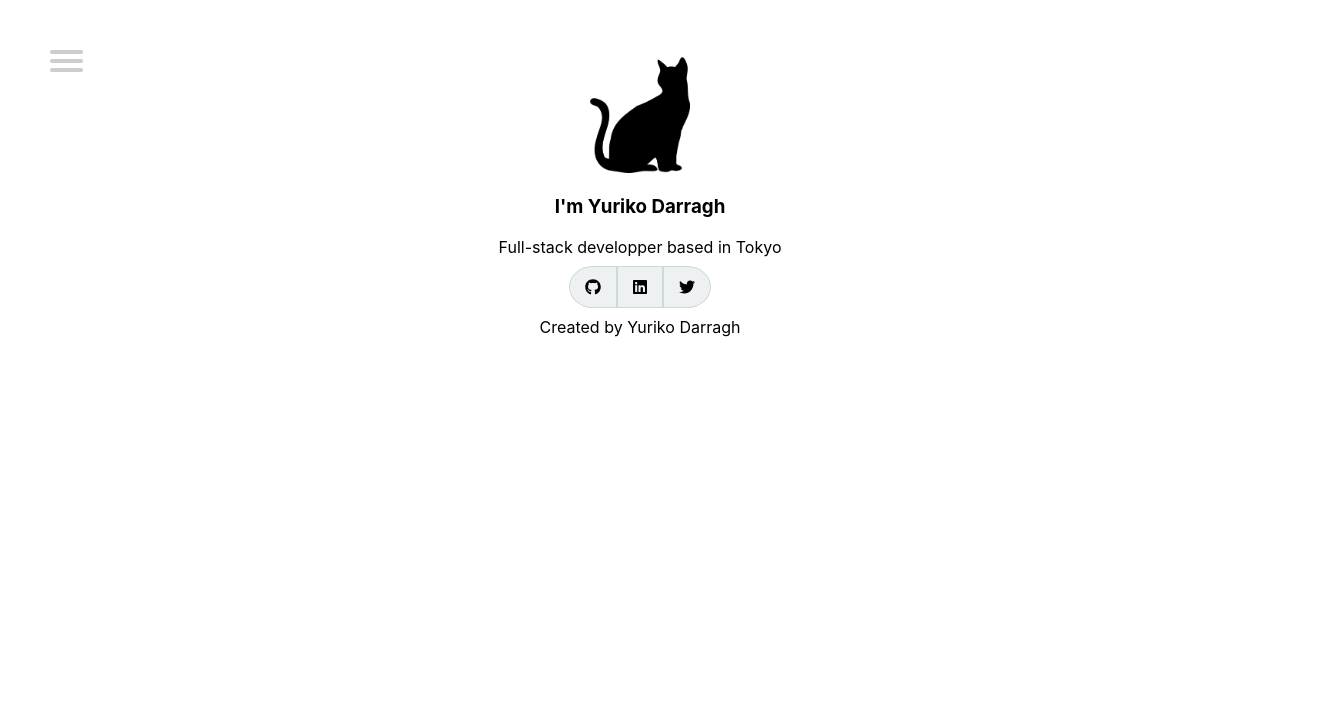
Repository: yuriko-pixel/react-portfolio
Page: /
The author's editor kept a copy of each file at every save. The page is drawn from the files as they stood at one save, then again after the next save.
The browser window is 1280 px wide. The page is 1330 px wide, so the pictures cover 1330 px, including what lies to the right of the window. The pictures show the whole page.
The project was rebuilt for these pictures with package versions that can differ from the ones it lists, and the page was loaded fresh each time. Also part of the build but not shown: src/components/worktemp.js, src/components/about.js, src/styles/works.module.scss, src/components/works.js.

Above is the page before, as saved 2021-05-19 12:22:15.

### src/App.js
import logo from './logo.svg';
import './App.css';
import { BrowserRouter, Route, Link } from 'react-router-dom';
import WorkTemp from './components/worktemp'
import about from './components/about'
import home from './components/home'
import Nav from './components/nav'
import Footer from './components/footer'
import works from './components/works'

function App() {
  return (
    <div className="App">
      <BrowserRouter>
        <Nav />
        <Route exact path='/' component={home}></Route>
        <Route path='/about' component={about}></Route>
        <Route path='/works' component={works}></Route>
        <Route path='/work/:name'><WorkTemp /></Route>
        <Footer/>
      </BrowserRouter>
    </div>
  );
}

export default App;

### src/components/home.js


import Top from './top'
import Works from './works'

const Home = () => {
    return (
        <>
        <Top/>
        </>
    )
}

export default Home

### src/components/nav.js
import navs from '../styles/nav.module.scss'
import { Link } from 'react-router-dom';

const Nav = () => {
    return (
        <nav role="navigation">
        <div className={navs.menuToggle}>
          <input type="checkbox" />
          <span></span>
          <span></span>
          <span></span>
          <ul className={navs.menu}>
            <Link to="/"><li>Home</li></Link>
            <Link to="/about"><li>About</li></Link>
            <Link to="/works"><li>Works</li></Link>
            <Link to="/contact"><li>Contact</li></Link>
          </ul>
        </div>
      </nav>
    )
}

export default Nav

### src/components/footer.js
import foots from '../styles/footer.module.scss'

const Footer = ()=> {
    return (
        <footer>
            <span>Created by Yuriko Darragh</span>
        </footer>
    )
}

export default Footer;

### src/work.json
{
    "data": [
        {"name": "doughnut_doughnut_doughnut", "imgurl": "https://live.staticflickr.com/65535/51186851248_6e283827e7_n.jpg", "url": "https://live.staticflickr.com/65535/51186633016_67ed4251f5_n.jpg", "intro": "Wanna buy yummy doughnut?", "desc": "Doughnut Doughnut Doughnut is a doughnut EC shop application which allows you to buy special doughnuts from site. You can buy it with Stripe but currently we made it disabled for actual purchase since this is just the project.", "skillstacks": "react,redux,javascript,stripe"},
        {"name": "Magical_Memnisee", "imgurl": "https://live.staticflickr.com/65535/51185937952_e470c46e5d_n.jpg", "url": "https://live.staticflickr.com/65535/51186633356_9d19b25bc0_n.jpg", "intro": "Want to try Harry-Potter-like memo app?", "desc": "Memo application which also shows you quotes from famous people. But don't be startled too much! The quotes disappears soon like Tom Riddle's diary!", "skillstacks": "react,javascript"},
        {"name": "Pokedex", "imgurl": "https://live.staticflickr.com/65535/51186633741_d1bb6fa70c_n.jpg", "url": "https://live.staticflickr.com/65535/51187412834_eb291234ce_n.jpg", "intro": "Want to know all of the pokemon?", "desc": "Pokedex app which allows you to find your favourite pokemon. You can also check their cute figure from their back!", "skillstacks": "react,javascript"},
        {"name": "Toucans_recipe", "imgurl": "https://live.staticflickr.com/65535/51187704330_2b78f70304_n.jpg", "url": "https://live.staticflickr.com/65535/51186633636_5b50cc4677_n.jpg", "intro": "Chingu project app for recipes.", "desc": "Recipe web site which allows you to search by name and ingredients.", "skillstacks": "javascript"},
        {"name": "Toucans_blog", "imgurl": "https://live.staticflickr.com/65535/51187412699_340c208806_n.jpg", "url": "https://live.staticflickr.com/65535/51187412699_340c208806_n.jpg", "intro": "Chingu project app for tech blog.", "desc": "Dev.to clone site made with Gatsby.js", "skillstacks": "gatsby.js,graphql,react"}
    ]
}

### src/components/top.js
import cat from '../images/cat.png'
import tops from '../styles/top.module.scss'
import Links from './links'
import data from '../work.json'

const Top = ()=> {
    console.log(data)
    return (
        <div className={tops.container}>
            <img src={cat} className={tops.cat} />
            <h3>I'm Yuriko Darragh</h3>
            <span>Full-stack developper based in Tokyo</span>
            <Links/>
        </div>
    )
}

export default Top

### src/styles/nav.module.scss
* {
  list-style: none;
}

.menuToggle
{
  display: block;
  position: relative;
  top: 50px;
  left: 50px;

  z-index: 1;

  -webkit-user-select: none;
  user-select: none;
}

.menuToggle a
{
  text-decoration: none;
  color: .232323;

  transition: color 0.3s ease;
}

.menuToggle a:hover
{
  color: tomato;
}


.menuToggle input
{
  display: block;
  width: 40px;
  height: 32px;
  position: absolute;
  top: -7px;
  left: -5px;

  cursor: pointer;

  opacity: 0; /* hide this */
  z-index: 2; /* and place it over the hamburger */

  -webkit-touch-callout: none;
}

/*
 * Just a quick hamburger
 */
.menuToggle span
{
  display: block;
  width: 33px;
  height: 4px;
  margin-bottom: 5px;
  position: relative;

  background: #cdcdcd;
  border-radius: 3px;

  z-index: 1;

  transform-origin: 4px 0px;

  transition: transform 0.5s cubic-bezier(0.77,0.2,0.05,1.0),
              background 0.5s cubic-bezier(0.77,0.2,0.05,1.0),
              opacity 0.55s ease;
}

.menuToggle span:first-child
{
  transform-origin: 0% 0%;
}

.menuToggle span:nth-last-child(2)
{
  transform-origin: 0% 100%;
}

/*
 * Transform all the slices of hamburger
 * into a crossmark.
 */
.menuToggle input:checked ~ span
{
  opacity: 1;
  transform: rotate(45deg) translate(-2px, -1px);
  background: #232323;
}

/*
 * But let's hide the middle one.
 */
.menuToggle input:checked ~ span:nth-last-child(3)
{
  opacity: 0;
  transform: rotate(0deg) scale(0.2, 0.2);
}

/*
 * Ohyeah and the last one should go the other direction
 */
.menuToggle input:checked ~ span:nth-last-child(2)
{
  transform: rotate(-45deg) translate(0, -1px);
}

/*
 * Make this absolute positioned
 * at the top left of the screen
 */
.menu
{
  position: absolute;
  width: 300px;
  margin: -100px 0 0 -50px;
  padding: 50px;
  padding-top: 125px;

  background: #ededed;
  list-style-type: none;
  -webkit-font-smoothing: antialiased;
  /* to stop flickering of text in safari */

  transform-origin: 0% 0%;
  transform: translate(-100%, 0);

  transition: transform 0.5s cubic-bezier(0.77,0.2,0.05,1.0);
}

.menu li
{
  padding: 10px 0;
  font-size: 22px;
}

/*
 * And let's slide it in from the left
 */
.menuToggle input:checked ~ ul
{
  transform: none;
}

### src/styles/footer.module.scss
footer {
    margin-top: auto;
}

### src/styles/top.module.scss
.container {
    padding-top: 30px;
    height: 100%;
}

.cat {
    width: 100px;
}

### src/components/links.js
import { Link } from 'react-router-dom';
import links from '../styles/links.module.scss'
import { FontAwesomeIcon } from "@fortawesome/react-fontawesome";
import { faGithub } from "@fortawesome/free-brands-svg-icons";
import { faLinkedin } from "@fortawesome/free-brands-svg-icons";
import { faTwitter } from "@fortawesome/free-brands-svg-icons";

const Links = () => {
    return (
        <>
        <div className={links.linkcontainer}>
            <Link to="/about" className={links.linkcontainer1}><FontAwesomeIcon icon={faGithub} /></Link>
            <Link to="/works" className={links.linkcontainer2}><FontAwesomeIcon icon={faLinkedin} /></Link>
            <Link to="/contact" className={links.linkcontainer3}><FontAwesomeIcon icon={faTwitter} /></Link>
        </div>
        </>
    )
}

export default Links

### src/styles/links.module.scss


a, a:visited {
    text-decoration: none;
    color: black;
}

.linkcontainer {
    margin: 20px 0;
}
.linkcontainer1, .linkcontainer2, .linkcontainer3 {
    // width: 200px;
    padding: 10px 15px;
    background: #EEF1F2;
    border: 1px solid #D1D8DA;
}

.linkcontainer1 {
    border-radius: 50% 0 0 50%;
}

.linkcontainer3 {
    border-radius: 0 50% 50% 0;
}

.border {
    border-bottom: dashed;
}

Loaded but not shown: public/index.html (common file); src/index.js (common file); src/index.css (common file); src/reportWebVitals.js (common file); src/App.css (common file)

After the next save:
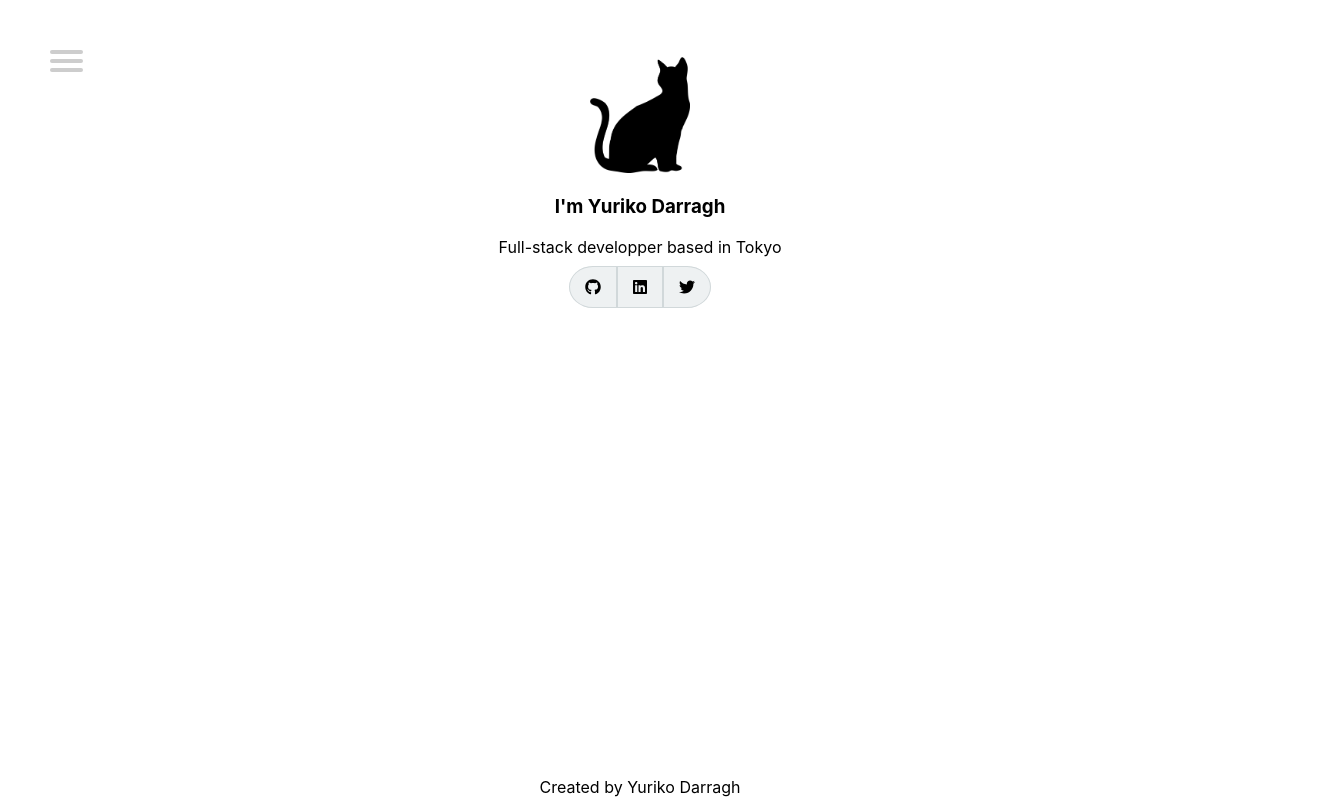
Saved 14 s later.
--- a/src/styles/top.module.scss
+++ b/src/styles/top.module.scss
@@ -1,6 +1,6 @@
 .container {
     padding-top: 30px;
-    height: 100%;
+    min-height: 100vh;
 }
 
 .cat {
